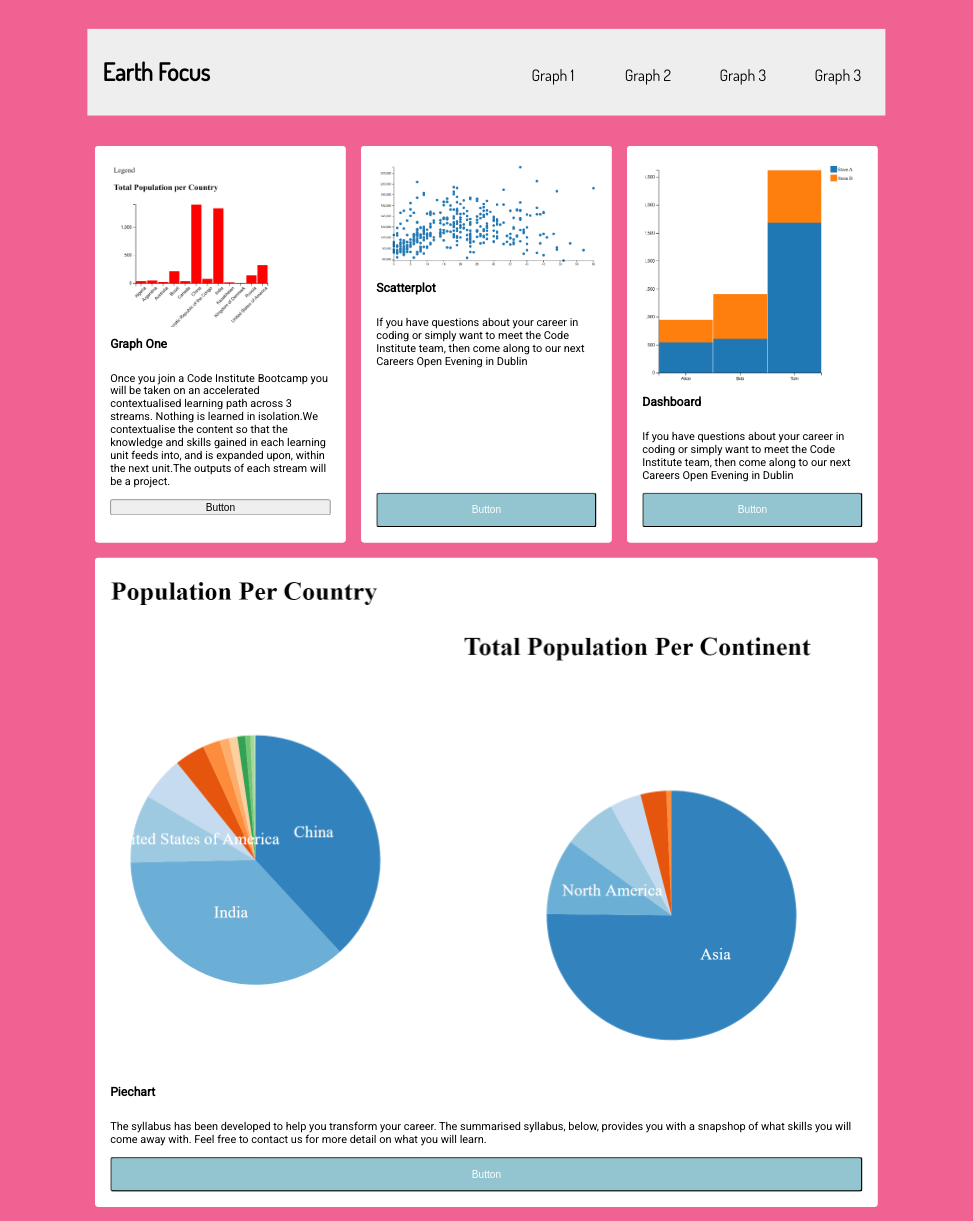
Repository: Code-Institute-Submissions/SOliv1-milestone2_NovResub
Page: index.html
The author's editor kept a record of every edit. The page is drawn from the files as they stood at one moment, then again after the next edit.
The browser window is 1280 px wide. The pictures show the whole page, at 76% of full size.
Some web libraries are served in a nearby version.

Above is the page before.

### index.html
<!DOCTYPE html>
<html lang="en">
<head>
    <meta charset="UTF-8">
    <meta http-equiv="X-UA-Compatible" content="ie=edge">
    <meta name="viewport" content="width=device-width, initial-scale=1">
    <title>Earth Focus</title>
    <link href="css/style.css" rel="stylesheet">
    <link href='https://fonts.googleapis.com/css?family=Roboto' rel='stylesheet' type='text/css'>
    <link href='https://fonts.googleapis.com/css?family=Dosis' rel='stylesheet' type='text/css'>
    </head>
<body>
    <div id="container">
        <nav>
            <ul>
                <li id="logoNav">Earth Focus</>
                <li id="graph1_btn">Graph 1</li>
                <li id="graph2_btn"> Graph 2</li>
                <li id="graph3_btn">Graph 3</li>
                <li id="graph4_btn">Graph 3</li>
            </ul>
        </nav>
        <div class="card graph1">
            <img class="card_image" src="img/1.png" alt=" icon"graph>
            <div class="card_bottom">
                <h2 class="card_head">Graph One</h2>
                <p class="card_para">Once you join a Code Institute Bootcamp you will be taken on an accelerated contextualised learning path across 3 streams. Nothing is learned in isolation.We contextualise the content so that the knowledge and skills gained in each learning
                    unit feeds into, and is expanded upon, within the next unit.The outputs of each stream will be a project. </p>
                <button class="graph1_button" id="button_effects1 href="index.html>Button</button>
            </div>
        </div>
        <div class="card graph3_btn">
            <img class="card_image" src="img/2.png" alt="scatterplot icon">
            <h2 class="card_head">Scatterplot</h2>
            <p class="card_para">If you have questions about your career in coding or simply want to meet the Code Institute team, then come along to our next Careers Open Evening in Dublin</p>
            <button id="button_effects2" class="bottom_button" href="graph1.html">Button</button>
            </div>
        <div class="card graph2">
            <img class="card_image" src="img/3.png" alt="graph icon">
            <h2 class="card_head">Dashboard</h2>
            <p class="card_para">If you have questions about your career in coding or simply want to meet the Code Institute team, then come along to our next Careers Open Evening in Dublin</p>
            <button id="button_effects3" class="bottom_button" href="graph2.html">Button</button>
        </div>
        <div class="card graph4">
         <img class="card_image" src="img/4.png" alt="pie graph">
            <h2 class="card_head">Piechart</h2>
            <p class="card_para">The syllabus has been developed to help you transform your career. The summarised syllabus, below, provides you with a snapshop of what skills you will come away with. Feel free to contact us for more detail on what you will learn.</p>
             <button id="button_effects4" class="bottom_button" graph3>Button</button>
        </div>
    <script src="https://code.jquery.com/jquery-3.2.1.js" integrity="sha256-DZAnKJ/6XZ9si04Hgrsxu/8s717jcIzLy3oi35EouyE=" crossorigin="anonymous"></script>
    <script src="js/script.js"></script>
    <!-- Scripts located at the bottom of the body to insure page is fully loaded before execution -->
</body>
</html>

### css/style.css



body {
	font-family: 'Roboto', sans-serif;
	/*background-image: url(img/earth.png);*/
 	background-size: cover;
 	/*color: #ffffff;*/
 	background-color: #f06292;

}

h1{
	font-size: 3em;
	text-align: center;
}

h2 {
	font-size: 1em;
	text-align: left;

}



p {
	font-size: .9rem;
}



div {
	border-radius: 4px;
}

.card_image {
	width: 100%;

}

.bottom_button {
	display: flex;
	box-sizing:border-box;
	border-radius: 4px;
	display: block;
	width: 100%;
	background-color:rgba(129, 187, 201,.85);
	text-align: center;
	padding: 1em .75em;
	text-decoration: none;
	color: #fff;

}

.card_bottom {
	display: flex;
	flex-flow:column;
}

.card_head {
	flex:0;
}



.card_para {

	flex:1 0 auto;

}

#container {
	display: flex;		/* makes container a flexbox*/
	flex-flow: row wrap; 	/* layout the boxes in rows and wrap them*/
	box-sizing:border-box;
	margin-right:auto;
	margin-left:auto;
	max-width:1050px;
}

#logo {
	width: 800px;
	margin: auto;
}



.card {

	flex:1; /* */

	display: flex;	/* make the contents controllable by flexbox*/
	flex-flow:column;
	min-width: 240px;
	margin: 10px;
	padding: 20px;
	background-color: #fff;
}

.highlight_stream {
	background-color: #8c5845;
}

#my_footer {
	width:100%;
	text-align: center;
}



#copyright {
	margin-top:10px;
	margin-bottom:10px;

}

/*************************
Navigation
**************************/

nav {

	font-family: roboto;
	background-color: #eee;
	margin: 30px auto;
	width: 100%;
}

ul {

	display: flex;

	justify-content:space-between;

	flex-flow: row;

	/*flex-flow: row-reverse;*/
	/*justify-content:flex-end;*/
	/*justify-content:space-around;*/
	/*align-items:flex-start;*/
	align-items:baseline;
	border-radius: 10px;
	list-style-type: none; /*Remove Bullets*/
	padding: 0;

}

li {
	flex:1;
	height: 30px;
	/*width:10%;*/
	/*border:2px solid #000;*/
	/*background-color: #81BBC9;*/
	/*border-radius: 10px;*/
	font-family: Dosis;
	padding:20px 20px 20px 20px;
	text-align: center;
	font-size: 1.3em;
}

#logoNav {
	flex:6;
	text-align: left;
	font-size: 2em;
	font-weight: bold;
}

.underline {
    text-decoration:underline;

}



.border {

    border: solid 5px #ccc;

}

@media screen and (max-width: 700px) {
	ul {
		flex-flow: column;
		align-items:center;
    }
	li {
		font-size: 2em;
	}

}

### js/script.js

// Use the fadeTo effect when the mouse hovers over a specific button
    // and fadeTo again when the mouse is no longer hovering over the button

    $("#button_effects1").mouseenter(function(){
        $('#button_effects1').fadeTo(1000, 0.5);
    });
    $("#button_effects1").mouseleave(function(){
        $('#button_effects1').fadeTo(1000, 1);
    });
    $("#button_effects2").mouseenter(function(){
        $('#button_effects2').fadeTo(1000, 0.5);
    });
    $("#button_effects2").mouseleave(function(){
        $('#button_effects2').fadeTo(1000, 1);
    });
    $("#button_effects3").mouseenter(function(){
        $('#button_effects3').fadeTo(1000, 0.5);
    });
    $("#button_effects3").mouseleave(function(){
        $('#button_effects3').fadeTo(1000, 1);
    });
    $("#button_effects4").mouseenter(function(){
        $('#button_effects4').fadeTo(1000, 0.5);
    });
    $("#button_effects4").mouseleave(function(){
        $('#button_effects4').fadeTo(1000, 1);
    });
    $("#button_effects4").mouseleave(function(){
        $('#button_effects5').fadeTo(1000, 1);
    });

    //waits until page is loaded first

    $(document).ready(function(){
    //applies colour red to paragraphs when clicked on
    $("p").click(function(){
        $("p").addClass("card_par2 highlight_text");
    });


    // Toggle the visibility of the paragraph when a button is clicked

	$("button").click(function(){
		$(this).prev().slideToggle('slow');

	});

	// Open the paragraph once the image is clicked

	$("img").click(function() {
		$(this).next().children("p").slideDown();

	});


	$(".card").click(function() {
		$(this).toggleClass("highlight");

	});

	// All cards that are not currently selected will be hidden when `select_btn` is clicked

	$("#select_btn").click(function() {

		$(".card:not(.highlight)").hide();

	});

// Select all cards

	$("#all_btn").click(function(){

		$(".card").show();

	});

});

After the next edit:
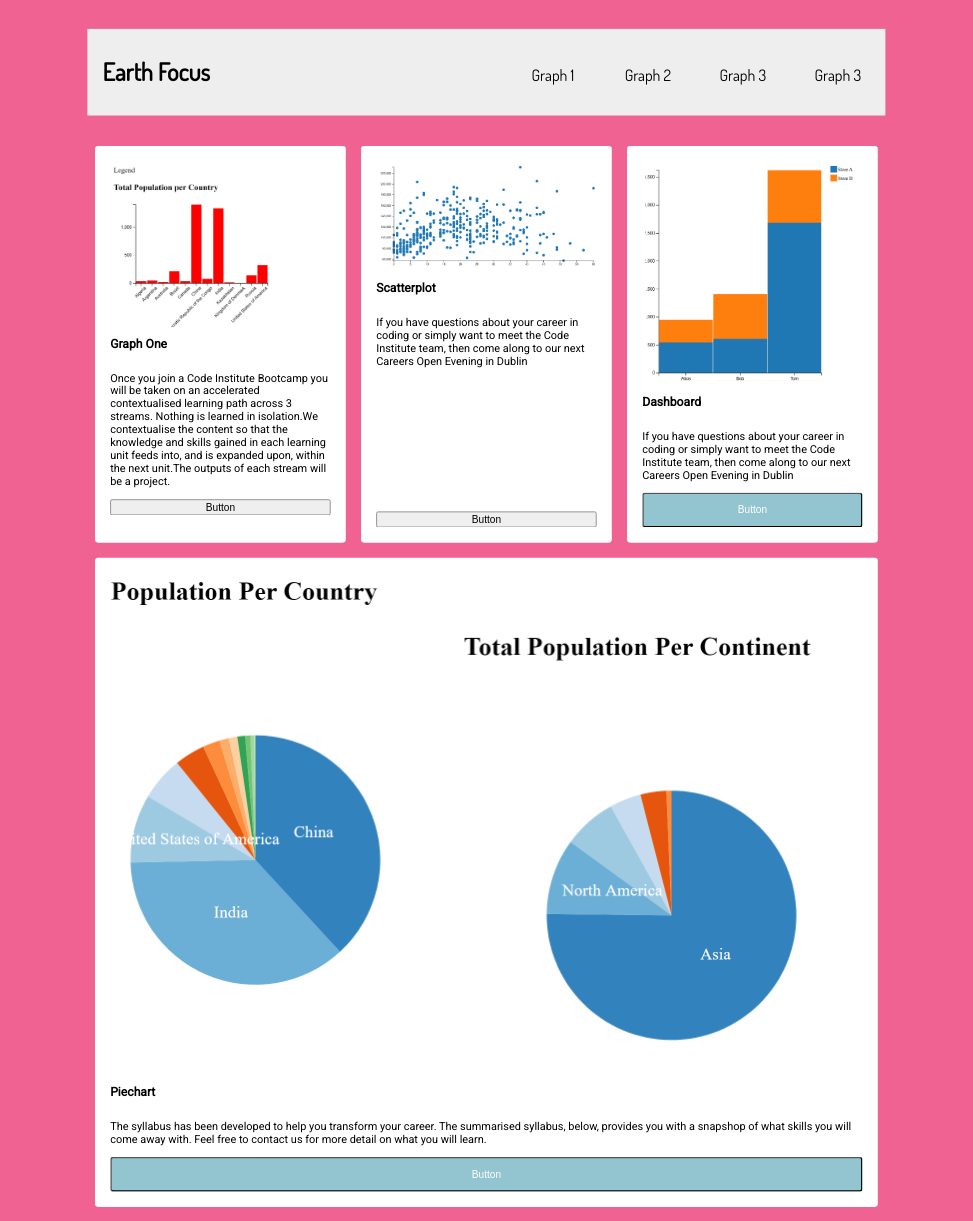
The edit:
--- a/index.html
+++ b/index.html
@@ -33,7 +33,7 @@
             <img class="card_image" src="img/2.png" alt="scatterplot icon">
             <h2 class="card_head">Scatterplot</h2>
             <p class="card_para">If you have questions about your career in coding or simply want to meet the Code Institute team, then come along to our next Careers Open Evening in Dublin</p>
-            <button id="button_effects2" class="bottom_button" href="graph1.html">Button</button>
+            <button id="button_effects2" class="graph2_button" href="graph1.html">Button</button>
             </div>
         <div class="card graph2">
             <img class="card_image" src="img/3.png" alt="graph icon">
